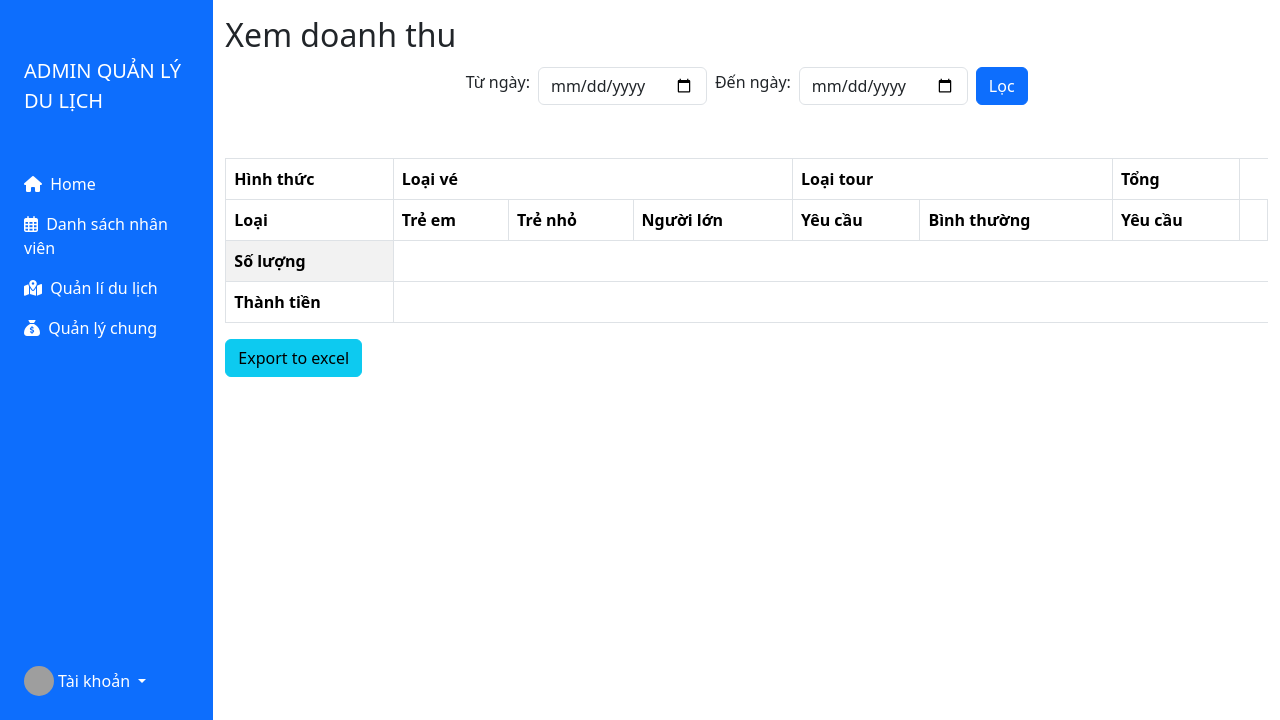
Repository: vantohuu/BOOKINGTOUR
Page: http://localhost/BOOKINGTOUR/WEB-INF/views/doanhthu/doanhthu.jsp
The author's editor kept a copy of each file at every save. The page is drawn from the files as they stood at one save, then again after the next save.
The browser window is 1280 px wide. The pictures show the whole page.
Pictures or frames that could not be fetched are drawn as grey boxes. Some web libraries are served in a nearby version. The page is served by Tomcat 9. Nobody is signed in. Other server files are loaded and not shown. The template is opened directly, without the code that normally fills it, so the values that code supplies are empty.

Above is the page before, as saved 2023-06-05 23:44:12.
Console error: ReferenceError: $ is not defined

### BOOKINGTOUR/src/main/webapp/WEB-INF/views/doanhthu/doanhthu.jsp
<%@ page language="java" contentType="text/html; charset=UTF-8"
    pageEncoding="UTF-8"%>
        <%@ taglib uri="http://java.sun.com/jstl/core_rt" prefix="c"%>
<%@ taglib uri="http://java.sun.com/jstl/fmt_rt" prefix="f"%>
<!DOCTYPE html>
<html>
<head>
<meta charset="UTF-8">
 <link href="https://cdn.jsdelivr.net/npm/bootstrap@5.3.0-alpha1/dist/css/bootstrap.min.css" rel="stylesheet"
     integrity="sha384-GLhlTQ8iRABdZLl6O3oVMWSktQOp6b7In1Zl3/Jr59b6EGGoI1aFkw7cmDA6j6gD" crossorigin="anonymous">
     <script src="https://kit.fontawesome.com/ee36f81461.js" crossorigin="anonymous"></script>
<title>Admin quản lý du lịch</title>
</head>
<body>
<div class="container-fluid">
		<div class="row flex-nowrap">
   <%@ include file="../includes/Navbarc1.jsp" %>
    <script src="https://cdn.jsdelivr.net/npm/bootstrap@5.3.0-alpha1/dist/js/bootstrap.bundle.min.js" integrity="sha384-w76AqPfDkMBDXo30jS1Sgez6pr3x5MlQ1ZAGC+nuZB+EYdgRZgiwxhTBTkF7CXvN" crossorigin="anonymous"></script>

<div class="col py-3">

				<h2>Xem doanh thu</h2>
				<div class="d-flex justify-content-center align-items-center">
					<form action="doanhthu.htm"
						class="d-flex justify-content-center align-items-center">

						<p class="text-nowrap mt-2">Từ ngày:</p>
						<input class="form-control mx-2" name="tungay"
							data-provide="datepicker" type="date">
						<p class="text-nowrap mt-2">Đến ngày:</p>
						<input class="form-control mx-2" name="denngay"
							data-provide="datepicker" type="date">
						<div class="form-group row  ">
							<div class="col-sm-10">
								<button type="submit" class="btn btn-primary">Lọc</button>
							</div>
						</div>
					</form>
				</div>
				<table class="table table-bordered table-striped mt-5" id = "tbldemo">
					<thead>
						<tr>
							<th scope="col">Hình thức</th>
							<th scope="col" colspan="3">Loại vé</th>
							<th scope="col" colspan="2">Loại tour</th>
							<th scope="col" colspan="1">Tổng</th>

						</tr>
						<tr>
							<th scope="col">Loại</th>
							<th scope="col">Trẻ em</th>
							<th scope="col">Trẻ nhỏ</th>
							<th scope="col">Người lớn</th>
							<th scope="col">Yêu cầu</th>
							<th scope="col">Bình thường</th>
							<th scope="col">Yêu cầu</th>
							<th scope="col"></th>

						</tr>
					</thead>
					 <tbody>
						<tr>
							<th scope="row">Số lượng</th>
							<%-- <td>${c_ga_ngay}</td>
							<td>${c_ga_ngay}</td>
							<td>${c_so_dem}</td>
							<td>${c_ga_dem}</td>
							<td>${c_so_thang}</td>
							<td>${c_ga_thang}</td>
							<td>${c_so_ngay + c_so_dem + c_so_thang}</td>
							<td>${c_ga_ngay + c_ga_dem + c_ga_thang}</td>
							<td>${c_so_ngay + c_so_dem + c_so_thang + c_ga_ngay + c_ga_dem + c_ga_thang}</td> --%>
						</tr>
						<tr>
							<th scope="row">Thành tiền</th>
							<%-- <td>${s_ga_ngay}</td>
							<td>${s_ga_ngay}</td>
							<td>${s_so_dem}</td>
							<td>${s_ga_dem}</td>
							<td>${s_so_thang}</td>
							<td>${s_ga_thang}</td>
							<td>${s_so_ngay + s_so_dem + s_so_thang}</td>
							<td>${s_ga_ngay + s_ga_dem + s_ga_thang}</td>
							<td>${s_so_ngay + s_so_dem + s_so_thang + s_ga_ngay + s_ga_dem + s_ga_thang}</td> --%>
						</tr>
					</tbody>
				</table>
				<button id="btnexport" class = "btn btn-info">Export to excel</button>
				<script>
        $(function () {
            $("#btnexport").click(function () {
                $("#tbldemo").table2excel();
            });
        });
    </script>
			</div>
			</div>
			</div>




</body>
</html>

### BOOKINGTOUR/src/main/webapp/WEB-INF/views/includes/Navbarc1.jsp
<%@ page language="java" contentType="text/html; charset=UTF-8"
    pageEncoding="UTF-8"%>


        <div class="col-auto col-md-3 col-xl-2 px-sm-2 px-0t bg-primary">
            <div class="d-flex flex-column align-items-center align-items-sm-start px-3 pt-2 text-white min-vh-100 ">
                <a href="#" class="d-flex align-items-center pb-5 pt-5 mb-md-0 me-md-auto text-white text-decoration-none">
                    <span class="fs-5 d-none d-sm-inline">ADMIN QUẢN LÝ DU LỊCH</span>
                </a>
                <ul class="nav nav-pills flex-column mb-sm-auto mb-0 align-items-center align-items-sm-start " id="menu">
                    <li class="nav-item">
                        <a href="homeshow.htm" class="nav-link text-white align-middle px-0">
                           <i class="fa-solid fa-house"></i>
                            <span class="ms-1 d-none d-sm-inline">Home</span>
                        </a>
                    </li>
                  <li><a href="danhsachnhanvien.htm"
							class="nav-link text-white px-0 align-middle">
							<i class="fa-regular fa-calendar-days"></i> <span
								class="ms-1 d-none d-sm-inline">Danh sách nhân viên</span>
						</a></li>
						     </li>
                 <!--  <li><button onclick="goHome()">Go to Intro Page</button></li> -->
                    <li>
                        <a href="#submenu2" data-bs-toggle="collapse" class="nav-link text-white px-0 align-middle ">
                            <i class="fa-solid fa-map-location-dot"></i>
                            <span class="ms-1 d-none d-sm-inline">Quản lí du lịch</span></a>
                        <ul class="collapse nav flex-column ms-1" id="submenu2" data-bs-parent="#menu">
                            <li class="w-100">
                                <a href="dsdattour.htm" class="nav-link text-white px-0"> <span class="d-none d-sm-inline">Danh sách đặt tour</span></a>
                            </li>
                            <li>
                                <a href="diemdulich.htm" class="nav-link text-white px-0"> <span class="d-none d-sm-inline">Điểm du lịch</span></a>
                            </li>
                               <li>
                                <a href="dsdiemluutru.htm" class="nav-link text-white px-0"> <span class="d-none d-sm-inline">Điểm lưu trú</span></a>
                            </li>
                            <li>
                                <a href="dsTour.htm" class="nav-link text-white px-0"> <span class="d-none d-sm-inline">Tour</span></a>
                            </li>
                        </ul>
                    </li>
                     <li>
                        <a href="#submenu3" data-bs-toggle="collapse" class="nav-link text-white px-0 align-middle ">
                           <i class="fa-solid fa-sack-dollar"></i>
                            <span class="ms-1 d-none d-sm-inline">Quản lý chung</span></a>
                        <ul class="collapse nav flex-column ms-1" id="submenu3" data-bs-parent="#menu">
                            <li class="w-100">
                                <a href="doanhthu.htm" class="nav-link text-white px-0"> <span class="d-none d-sm-inline">Doanh thu</span></a>
                            </li>

                            <li>
                                <a href="dskhachhang.htm" class="nav-link text-white px-0"> <span class="d-none d-sm-inline">Khách hàng</span></a>
                            </li>

                            <li>
                                <a href="dsdotkhuyenmai.htm" class="nav-link text-white px-0"> <span class="d-none d-sm-inline">Khuyến mãi</span></a>
                            </li>
                        </ul>
                    </li>

                <hr>
                </ul>


                <div class="dropdown pb-4">
                    <a href="#" class="d-flex align-items-center text-white text-decoration-none dropdown-toggle" id="dropdownUser1" data-bs-toggle="dropdown" aria-expanded="false">
                        <img src="https://github.com/mdo.png" alt="hugenerd" width="30" height="30" class="rounded-circle">
                        <span class="d-none d-sm-inline mx-1">Tài khoản</span>
                    </a>
                    <ul class="dropdown-menu dropdown-menu-dark text-small shadow">

                        <li><a class="dropdown-item" href="suattcanhan.htm">Chỉnh sửa thông tin cá nhân</a></li>
                        <li><a class="dropdown-item" href="doimatkhau.htm">Đổi mật khẩu</a></li>
                        <li>
                            <hr class="dropdown-divider">
                        </li>
                        <li><a class="dropdown-item" href="logout.htm">Đăng xuất</a></li>
                    </ul>
                </div>
            </div>
        </div>

     <script>
    /* function goHome() {
        window.location.href = "danhsachnhanvien.htm";
    } */
</script>

After the next save:
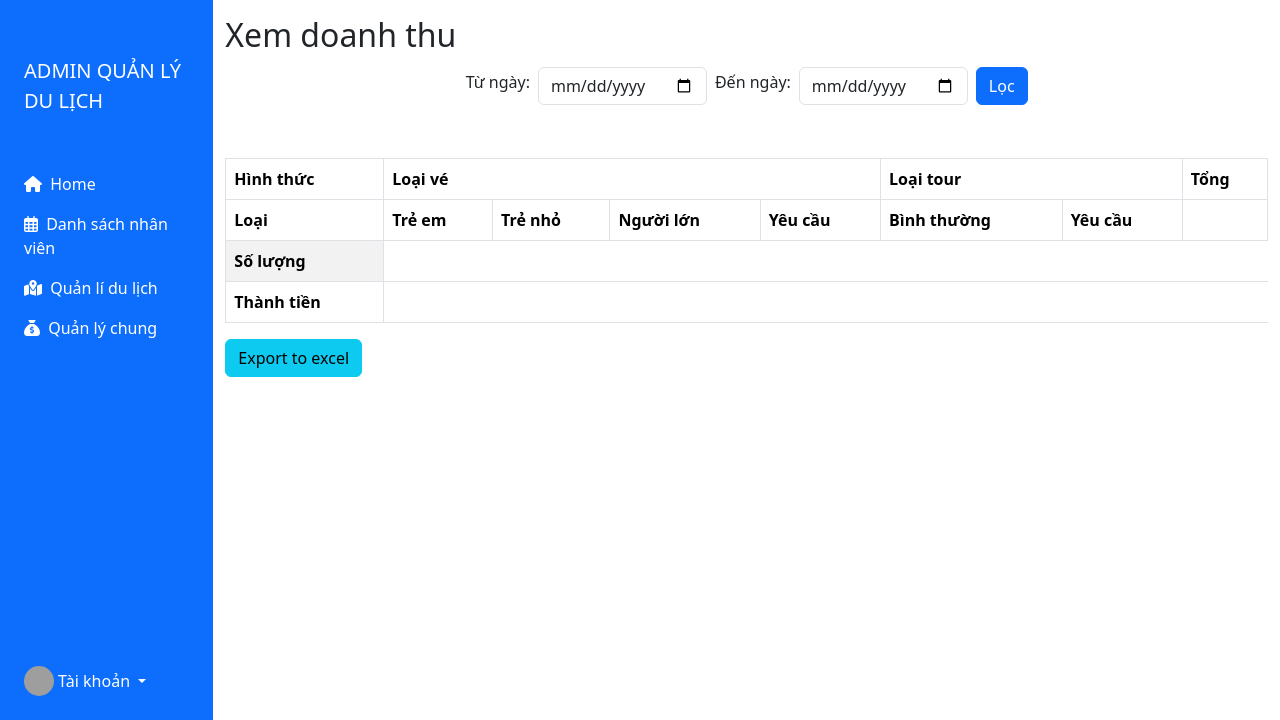
Saved 63 s later.
--- a/BOOKINGTOUR/src/main/webapp/WEB-INF/views/doanhthu/doanhthu.jsp
+++ b/BOOKINGTOUR/src/main/webapp/WEB-INF/views/doanhthu/doanhthu.jsp
@@ -41,7 +41,7 @@
 					<thead>
 						<tr>
 							<th scope="col">Hình thức</th>
-							<th scope="col" colspan="3">Loại vé</th>
+							<th scope="col" colspan="4">Loại vé</th>
 							<th scope="col" colspan="2">Loại tour</th>
 							<th scope="col" colspan="1">Tổng</th>
 
